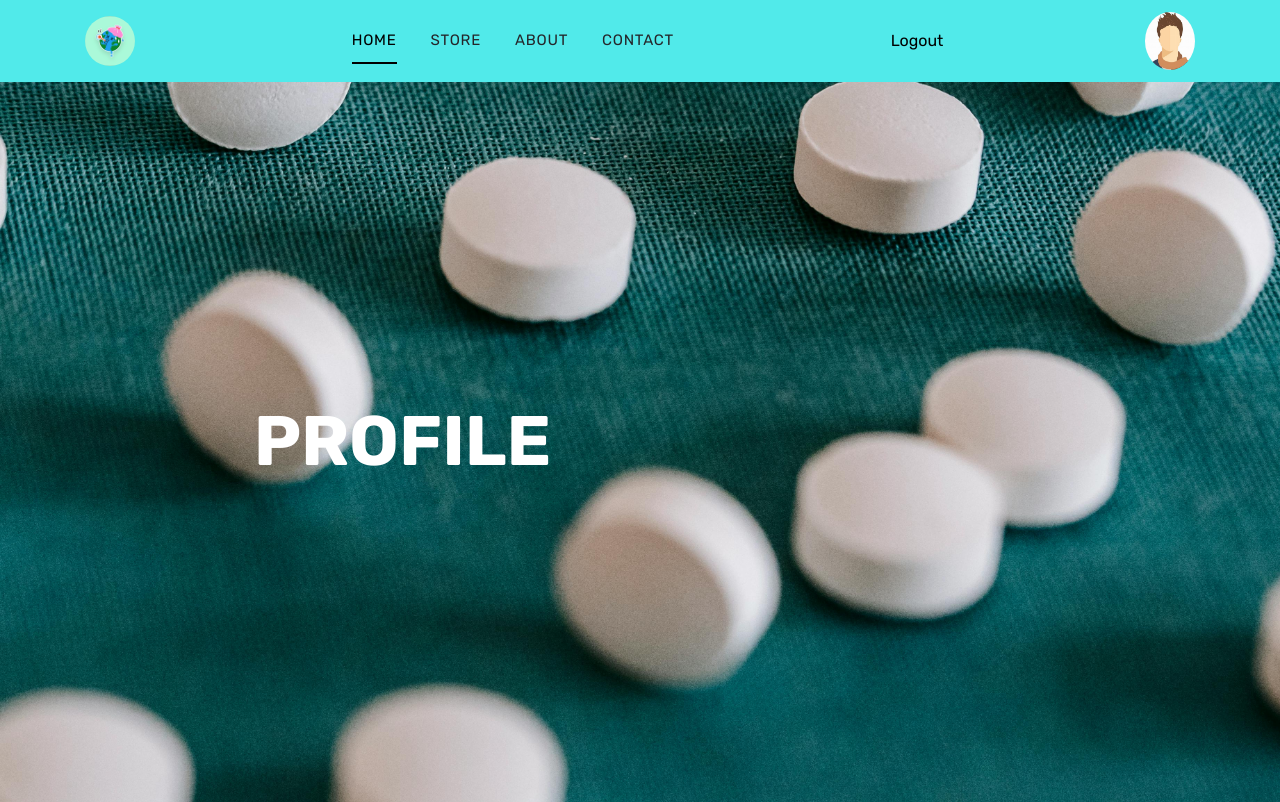
Repository: Argivist/Web-Doctor
Page: http://localhost/view/profile.php
An editor plug-in stored every save of this project. The page is shown before and after the next save, followed by the edit.
The browser window is 1280 px wide. The pictures show the whole page.
Some web fonts or font styles are not loaded; a fallback is used. The page is run by PHP 8.4 with error messages shown; the project is at /var/www/html/. The session is filled in as if someone had signed in: {"id": 1, "username": "Test User", "email": "test@example.com", "phone": 1, "address": 1, "role": "admin"}. Other server files are loaded and not shown.

Above is the page before, as saved 2024-02-20 18:36:57.

### view/profile.php
<?php
include "../settings/connection.php";
session_start();
?>
<!DOCTYPE html>
<html lang="en">
<head>
    <meta charset="UTF-8">
    <meta name="viewport" content="width=device-width, initial-scale=1.0">
    <title>Document</title>


    <link href="https://fonts.googleapis.com/css?family=Rubik:400,700|Crimson+Text:400,400i" rel="stylesheet">
    <link rel="stylesheet" href="fonts/icomoon/style.css">
    <link rel="stylesheet" href="../css/bootstrap.min.css">
    <link rel="stylesheet" href="../css/magnific-popup.css">
    <link rel="stylesheet" href="../css/jquery-ui.css">
    <link rel="stylesheet" href="../css/owl.carousel.min.css">
    <link rel="stylesheet" href="../css/owl.theme.default.min.css">
    <link rel="stylesheet" href="../css/style.css">
    <link rel="stylesheet" href="../css/aos.css">
</head>

<body>
    <div class="site-wrap">

        <!--Navigation Bar-->
        <div class="site-navbar bg-primary py-2">
            <div class="container">
                <div class="d-flex align-items-center justify-content-between">
                    <div class="logo">
                        <div class="site-logo">
                            <a href="home.php" class="js-logo-clone"><img src="../img/logo/logo.png"  style="width:50px; border-radius:50px;" alt="logo"/></a>
                        </div>
                    </div>
                    <div class="main-nav d-lg-block">
                        <nav class="site-navigation text-right text-md-center" role="navigation">
                            <ul class="site-menu js-clone-nav d-lg-block">
                                <li class="active"><a href="home.php">Home</a></li>
                                <li><a href="shop.php">Store</a></li>
                                <li><a href="aboutus.html">About</a></li>
                                <li><a href="contact.html">Contact</a></li>
                            </ul>
                        </nav>
                    </div>
                    <?php
                    if(isset($_SESSION['id'])){
                        echo "<div class='logout'><a href='../actions/logout.php'>Logout</a></div>";
                    }else{
                        echo "<div class='login'><a href='../login/login.php'>Sign in</a></div>";
                    }?>
                    <div class="profile">
                        <a href="
                        <?php
                        if(isset($_SESSION['id'])){
                            echo "profile.php";
                        }else{
                            echo "../login/login.php";
                        }
                        ?>
                        "><img src="
                        <?php
                            if(isset($_SESSION['id'])){
                                echo "../img/profile.jpg";
                            }else{
                                echo "../img/default_profile.jpg";
                            }
                        ?>
                        " alt="Image" class="rounded-circle" style="width:50px; border-radius:50px;"></a>
                    </div>
                </div>
            </div>
        </div>

        <!--Main Content-->
        <!--Image By: Photo by Alex Green: https://www.pexels.com/photo/pile-of-white-spilled-pills-5699514/-->
        <div class="site-blocks-cover" style="background-image: url('../img/background/pharmacy_1.jpg');">
      <div class="container">
        <div class="row">
          <div class="col-lg-7 order-lg-2 align-self-center">
            <div class="site-block-cover-content text-center">
             <!--Profile page-->
                <h1 class="mb-0">Profile</h1>
                <div class="row justify-content-center">
                    <form>

                        </form>
                </div>
            </div>
          </div>
        </div>
      </div>
    </div>
</body>

</html>

### settings/connection.php
<?php
$server="localhost:3307";
$user="root";
$passwd="root";
$db="webdoc";

$conn=mysqli_connect($server,$user,$passwd,$db) or die("Connection failed :: ".$conn->error);
?>

Loaded but not shown: css/bootstrap.min.css (library); css/magnific-popup.css (library); css/jquery-ui.css (library); css/owl.carousel.min.css (common file); css/owl.theme.default.min.css (common file); css/aos.css (library); css/style.css (1125 lines, source omitted)

After the next save:
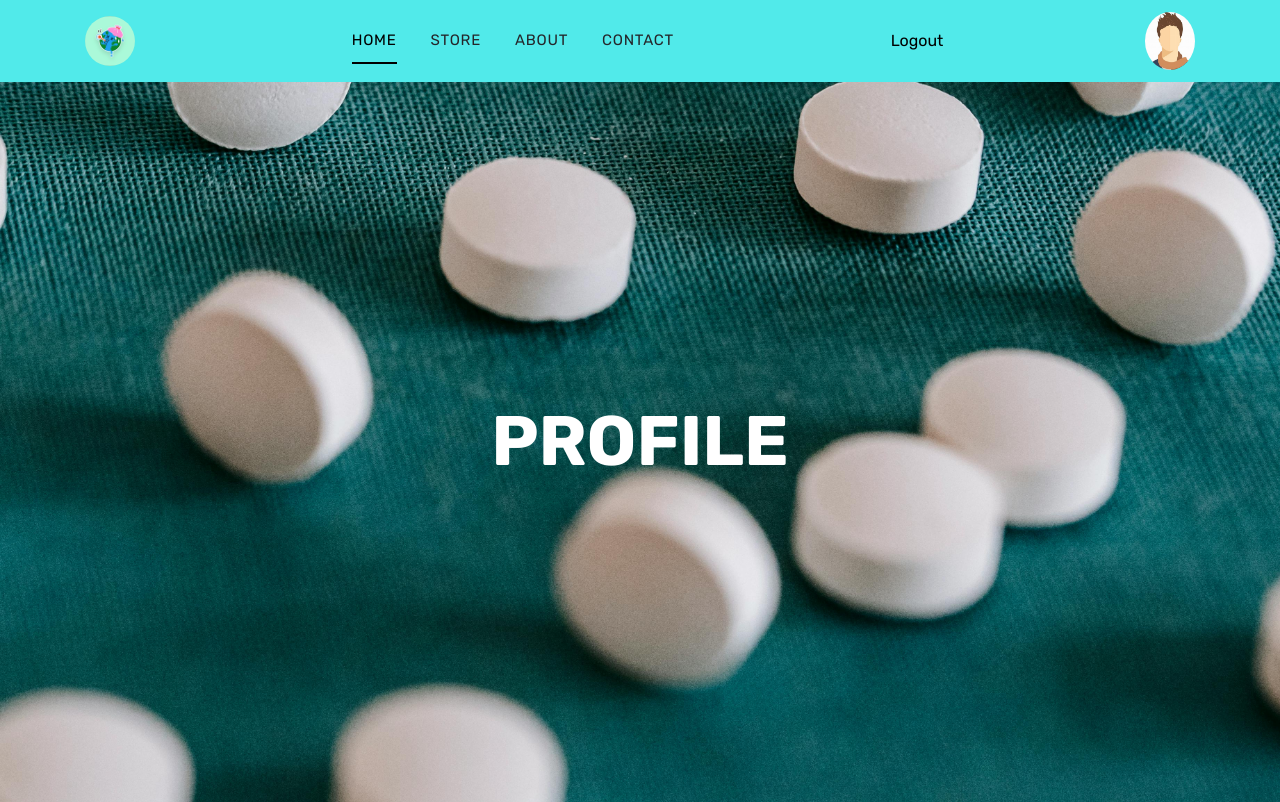
Saved 12 s later.
--- a/view/profile.php
+++ b/view/profile.php
@@ -77,7 +77,7 @@ session_start();
         <div class="site-blocks-cover" style="background-image: url('../img/background/pharmacy_1.jpg');">
       <div class="container">
         <div class="row">
-          <div class="col-lg-7 order-lg-2 align-self-center">
+          <div class="mx-auto order-lg-2 align-self-center">
             <div class="site-block-cover-content text-center">
              <!--Profile page-->
                 <h1 class="mb-0">Profile</h1>
